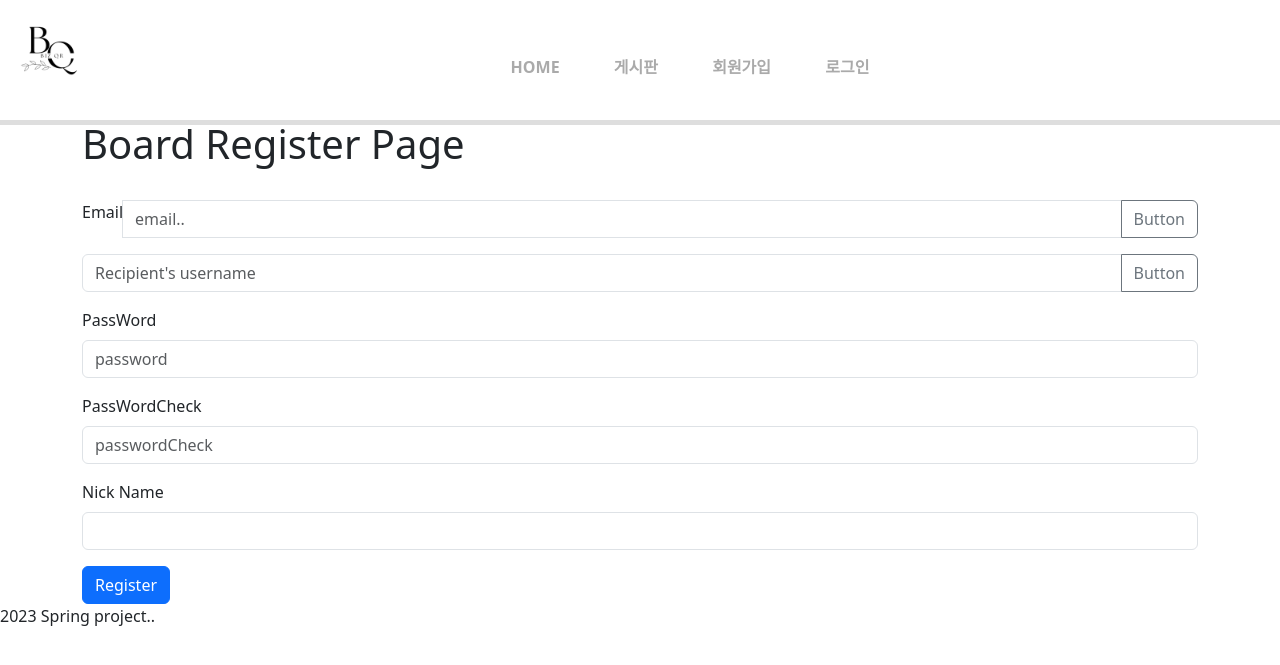
Repository: Skylee-1996/springSelf
Page: http://localhost/spring_test2/WEB-INF/views/member/register.jsp
The author's editor kept a copy of each file at every save. The page is drawn from the files as they stood at one save, then again after the next save.
The browser window is 1280 px wide. The pictures show the whole page.
The page is served by Tomcat 9. Nobody is signed in. Other server files are loaded and not shown. The template is opened directly, without the code that normally fills it, so the values that code supplies are empty.

Above is the page before, as saved 2024-01-19 00:25:46.
Console error: TypeError: Cannot read properties of null (reading 'addEventListener')

### spring_test2/src/main/webapp/WEB-INF/views/member/register.jsp
<%@ page language="java" contentType="text/html; charset=UTF-8"
    pageEncoding="UTF-8"%>
<%@ taglib uri="http://java.sun.com/jsp/jstl/core" prefix="c"%>


<jsp:include page="../layout/header.jsp"></jsp:include>

	<!-- email, pwd, nick_name -->
<div class="container-md">
<h1>Board Register Page</h1>
<br>
<form action="/member/register" method="post" >
<div class="input-group mb-3">
  <label for="e" class="form-label">Email</label>
  <input type="email" class="form-control" name="email" id="e" placeholder="email.." required="required" aria-describedby="button-addon2">
   <button class="btn btn-outline-secondary" type="button" id="button-addon2">Button</button>
</div>
<div class="input-group mb-3">
  <input type="text" class="form-control" placeholder="Recipient's username" aria-label="Recipient's username" aria-describedby="button-addon2">
  <button class="btn btn-outline-secondary" type="button" id="button-addon2">Button</button>
</div>
<div class="mb-3">
  <label for="p" class="form-label">PassWord</label>
  <input type="password" class="form-control" name="pwd" id="p" placeholder="password" required="required">
</div>
<div class="mb-3">
  <label for="pc" class="form-label">PassWordCheck</label>
  <input type="password" class="form-control" name="pwdC" id="pc" placeholder="passwordCheck" required="required">
</div>

<div class="mb-3">
  <label for="n" class="form-label">Nick Name</label>
   <input type="text" class="form-control" name="nickName" id="n">
</div>

<button type="submit" class="btn btn-primary" id="regBtn">Register</button>

</form>
</div>
<jsp:include page="../layout/footer.jsp"></jsp:include>

### spring_test2/src/main/webapp/WEB-INF/views/layout/header.jsp
<%@ page language="java" contentType="text/html; charset=UTF-8"
	pageEncoding="UTF-8"%>
<%@ taglib uri="http://java.sun.com/jsp/jstl/core" prefix="c"%>
<%@ taglib uri="http://www.springframework.org/security/tags"
	prefix="sec"%>
<!DOCTYPE html>
<html>
<head>
<meta charset="UTF-8">
<title>Insert title here</title>
<link rel="stylesheet" href="/resources/css/reset.css">
<link rel="stylesheet" href="/resources/css/nav.css">
<link href="https://cdn.jsdelivr.net/npm/bootstrap@5.3.1/dist/css/bootstrap.min.css" rel="stylesheet" integrity="sha384-4bw+/aepP/YC94hEpVNVgiZdgIC5+VKNBQNGCHeKRQN+PtmoHDEXuppvnDJzQIu9" crossorigin="anonymous">
<link
	href='https://fonts.googleapis.com/css?family=Roboto:500,900,100,300,700,400'
	rel='stylesheet' type='text/css'>
</head>
<body>

	<nav class="stroke">
	<a class="logo" href="/"><img src="/resources/image/logo.png" alt=""/></a>
		<ul>
			<li><a href="/">Home</a></li>
			<li><a href="/board/list">게시판</a></li>
			<sec:authorize access="isAuthenticated()">
				<sec:authentication property="principal.mvo.email" var="authEmail" />
				<sec:authentication property="principal.mvo.nickName" var="authNick" />
				<sec:authentication property="principal.mvo.authList" var="auths" />


				<c:choose>
					<c:when
						test="${auths.stream().anyMatch(authVO -> authVO.auth.equals('ROLE_ADMIN')).get() }">
						<li><a href="/member/list">회원리스트
								${authNick}(${authEmail}/ADMIN)</a></li>
					</c:when>
					<c:otherwise>
						<li><a href="/member/modify">회원정보
								수정${authNick}(${authEmail})</a></li>
					</c:otherwise>
				</c:choose>


				<li><a href="/member/logout" id="logoutLink">로그아웃</a></li>
				<li><a href="/board/register">게시판 글쓰기</a></li>
				<form action="/member/logout" method="post" id="logoutForm">
					<!--인증 된 이메일  -->
					<input type="hidden" name="email" value="${authEmail}">
				</form>

			</sec:authorize>

			<sec:authorize access="isAnonymous()">
				<li><a href="/member/register">회원가입</a></li>

				<li><a href="/member/login">로그인</a></li>
			</sec:authorize>
		</ul>
	</nav>



	<script type="text/javascript">

document.getElementById('logoutLink').addEventListener('click',(e)=>{
    e.preventDefault();
    document.getElementById('logoutForm').submit();
});
</script>

### spring_test2/src/main/webapp/WEB-INF/views/layout/footer.jsp
<%@ page language="java" contentType="text/html; charset=UTF-8"
    pageEncoding="UTF-8"%>



<div>
	2023 Spring project..
</div>

 <script src="https://cdn.jsdelivr.net/npm/bootstrap@5.3.1/dist/js/bootstrap.bundle.min.js" integrity="sha384-HwwvtgBNo3bZJJLYd8oVXjrBZt8cqVSpeBNS5n7C8IVInixGAoxmnlMuBnhbgrkm" crossorigin="anonymous"></script>
</body>
</html>

### spring_test2/src/main/webapp/resources/css/nav.css

/* NAVIGATION */
nav {
  width: 100%;
  margin: 0 auto;
  background: #fff;
  padding: 0px 0px 20px 0px;
  box-shadow: 0px 5px 0px #dedede;
  display: inline-block;
}
.logo{
	float: left;
}
nav a img{
  width: 100px;
  height: 100px;
}

/* By Dominik Biedebach @domobch */
nav ul {
  list-style: none;
  text-align: center;
  align-items: center;
  margin: 40px 0px 0px 0px;
}
nav ul li {
  display: inline-block;
}
nav ul li a {
  display: block;
  padding: 15px;
  text-decoration: none;
  color: #aaa;
  font-weight: 800;
  text-transform: uppercase;
  margin: 0 10px;
}
nav ul li a,
nav ul li a:after,
nav ul li a:before {
  transition: all .5s;
}
nav ul li a:hover {
  color: #555;
}

/* By Dominik Biedebach @domobch */


/* stroke */
nav.stroke ul li a,
nav.fill ul li a {
  position: relative;
}
nav.stroke ul li a:after,
nav.fill ul li a:after {
  position: absolute;
  bottom: 0;
  left: 0;
  right: 0;
  margin: auto;
  width: 0%;
  content: '.';
  color: transparent;
  background: #333;
  height: 1px;
}
nav.stroke ul li a:hover:after {
  width: 100%;
}

nav.fill ul li a {
  transition: all 2s;
}
/* By Dominik Biedebach @domobch */

nav.fill ul li a:after {
  text-align: left;
  content: '.';
  margin: 0;
  opacity: 0;
}
nav.fill ul li a:hover {
  color: #023f1c;
  z-index: 1;
}
nav.fill ul li a:hover:after {
  z-index: -10;
  animation: fill 1s forwards;
  -webkit-animation: fill 1s forwards;
  -moz-animation: fill 1s forwards;
  opacity: 1;
}

/* Circle */
nav.circle ul li a {
  position: relative;
  overflow: hidden;
  z-index: 1;
}
/* By Dominik Biedebach @domobch */
nav.circle ul li a:after {
  display: block;
  position: absolute;
  margin: 0;
  top: 0;
  bottom: 0;
  left: 0;
  right: 0;
  content: '.';
  color: transparent;
  width: 1px;
  height: 1px;
  border-radius: 50%;
  background: transparent;
}
nav.circle ul li a:hover:after {
  -webkit-animation: circle 1.5s ease-in forwards;
}

/* SHIFT */
nav.shift ul li a {
  position:relative;
  z-index: 1;
}
nav.shift ul li a:hover {
  color: #91640F;
}
nav.shift ul li a:after {
  display: block;
  position: absolute;
  top: 0;
  left: 0;
  bottom: 0;
  right: 0;
  margin: auto;
  width: 100%;
  height: 1px;
  content: '.';
  color: transparent;
  background: #F1C40F;
  visibility: none;
  opacity: 0;
  z-index: -1;
}
nav.shift ul li a:hover:after {
  opacity: 1;
  visibility: visible;
  height: 100%;
}

/* By Dominik Biedebach @domobch */

/* Blend */
nav.blend ul li a {
  position: relative;
  border-radius: 5px;
  overflow: hidden;
  z-index: 1;
}
nav.blend ul li a:hover {
  color: #fff;
}
nav.blend ul li a:before,
nav.blend ul li a:after {
  position: absolute;
  width: 0px;
  height: 100%;
  top: 0;
  bottom: 0;
  background: #D35400;
  transition: all .5s;
  margin: auto;
  content: '.';
  color: transparent;
  z-index: -1;
  opacity: 0.75;
}
nav.blend ul li a:before {
  left: 0;
}
nav.blend ul li a:after {
  right: 0;
}

nav.blend ul li a:hover:after,
nav.blend ul li a:hover:before {
  width: 100%;
}

/* DROWN */

nav.drown ul li a {
  position: relative;
  overflow: hidden;
  z-index: 1;
}

nav.drown ul li a:hover {
  color: #fff;
}

nav.drown ul li a:before {
  background: #fff;
  content: '.';
  color: transparent;
  position: absolute;
  width: 500%;
  top: 100px;
  right: 300px;
  height: 300px;
  z-index: -1;
}
nav.drown ul li a:hover:before {
  left: auto;
  bottom: auto;
  right: -50%;
  top: 0;
  background: #89C52B;
}



/* Keyframes */
@-webkit-keyframes fill {
  0% {
    width: 0%;
    height: 1px;
  }
  50% {
    width: 100%;
    height: 1px;
  }
  100% {
    width: 100%;
    height: 100%;
    background: #2ECC71;
  }
}

/* Keyframes */
@-webkit-keyframes circle {
  0% {
    width: 1px;
    top: 0;
    left: 0;
    bottom: 0;
    right: 0;
    margin: auto;
    height: 1px;
    z-index: -1;
    background: #eee;
    border-radius: 100%;
  }
  100% {
    background: #aaa;
    height: 5000%;
    width: 5000%;
    z-index: -1;
    top: 0;
    bottom: 0;
    left: 0;
    right: 0;
    margin: auto;
    border-radius: 0;
  }
}

/* By Dominik Biedebach @domobch */

Loaded but not shown: spring_test2/src/main/webapp/resources/css/reset.css (common file)

After the next save:
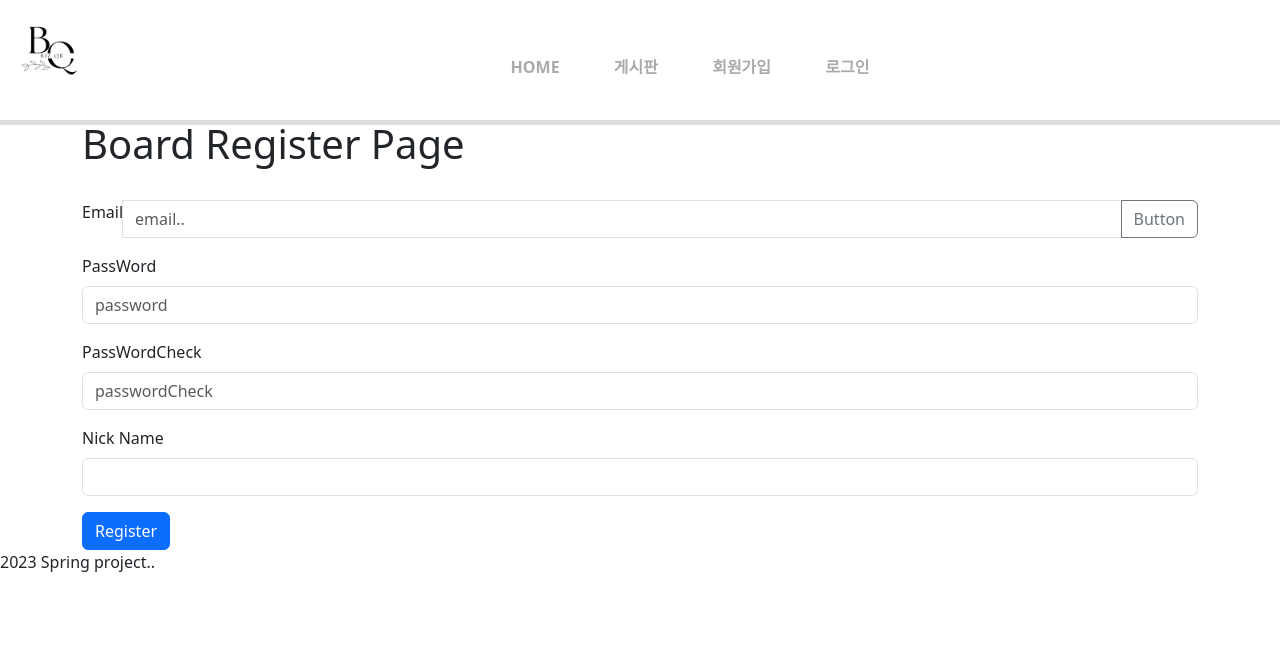
Saved 7 s later.
--- a/spring_test2/src/main/webapp/WEB-INF/views/member/register.jsp
+++ b/spring_test2/src/main/webapp/WEB-INF/views/member/register.jsp
@@ -15,10 +15,7 @@
   <input type="email" class="form-control" name="email" id="e" placeholder="email.." required="required" aria-describedby="button-addon2">
    <button class="btn btn-outline-secondary" type="button" id="button-addon2">Button</button>
 </div>
-<div class="input-group mb-3">
-  <input type="text" class="form-control" placeholder="Recipient's username" aria-label="Recipient's username" aria-describedby="button-addon2">
-  <button class="btn btn-outline-secondary" type="button" id="button-addon2">Button</button>
-</div>
+
 <div class="mb-3">
   <label for="p" class="form-label">PassWord</label>
   <input type="password" class="form-control" name="pwd" id="p" placeholder="password" required="required">
